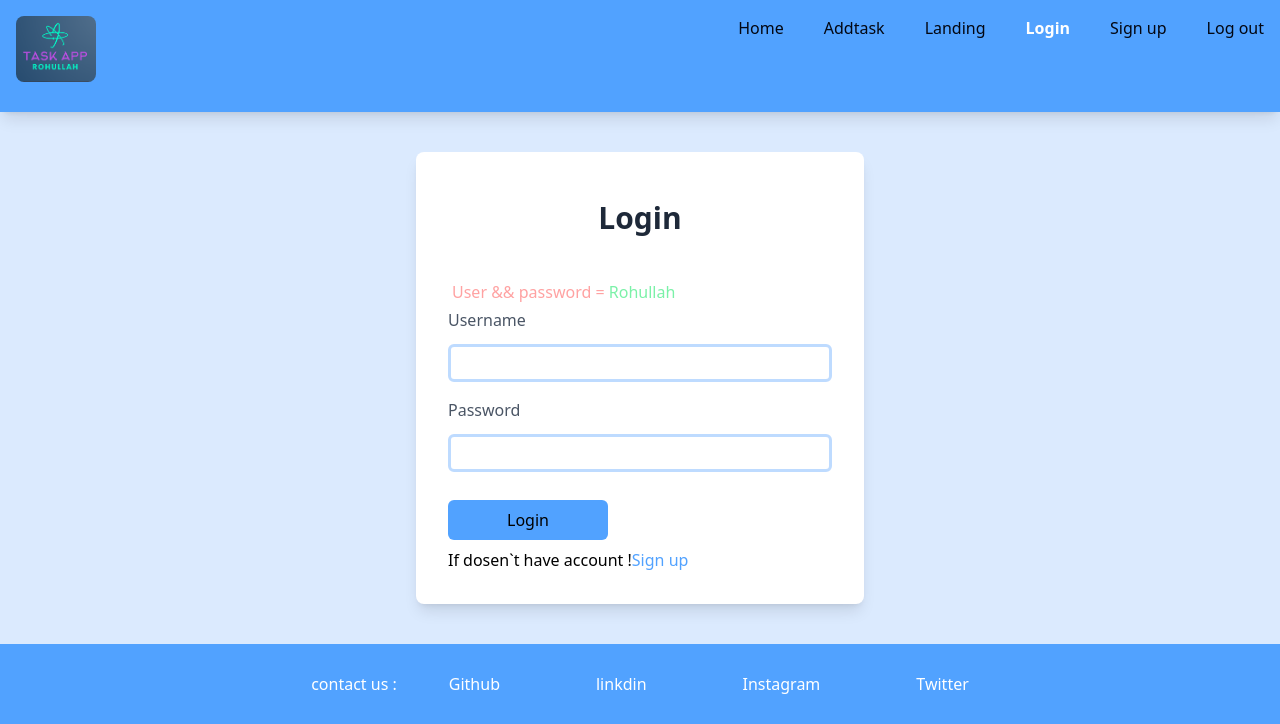
Repository: Rohullah-Noori/TaskApp
Page: /
An editor plug-in stored every save of this project. The page is shown before and after the next save, followed by the edit.
The browser window is 1280 px wide. The pictures show the whole page.
The project was rebuilt for these pictures with package versions that can differ from the ones it lists, and the page was loaded fresh each time. Also part of the build but not shown: vite.config.js, src/components/Loader.jsx, src/pages/Landing.jsx, src/pages/Home.jsx, src/pages/Signup.jsx, src/pages/Addtask.jsx, src/pages/Edittask.jsx, src/pages/Errorpage.jsx and 1 more.

Above is the page before, as saved 2025-06-23 09:20:21.

After the next save:
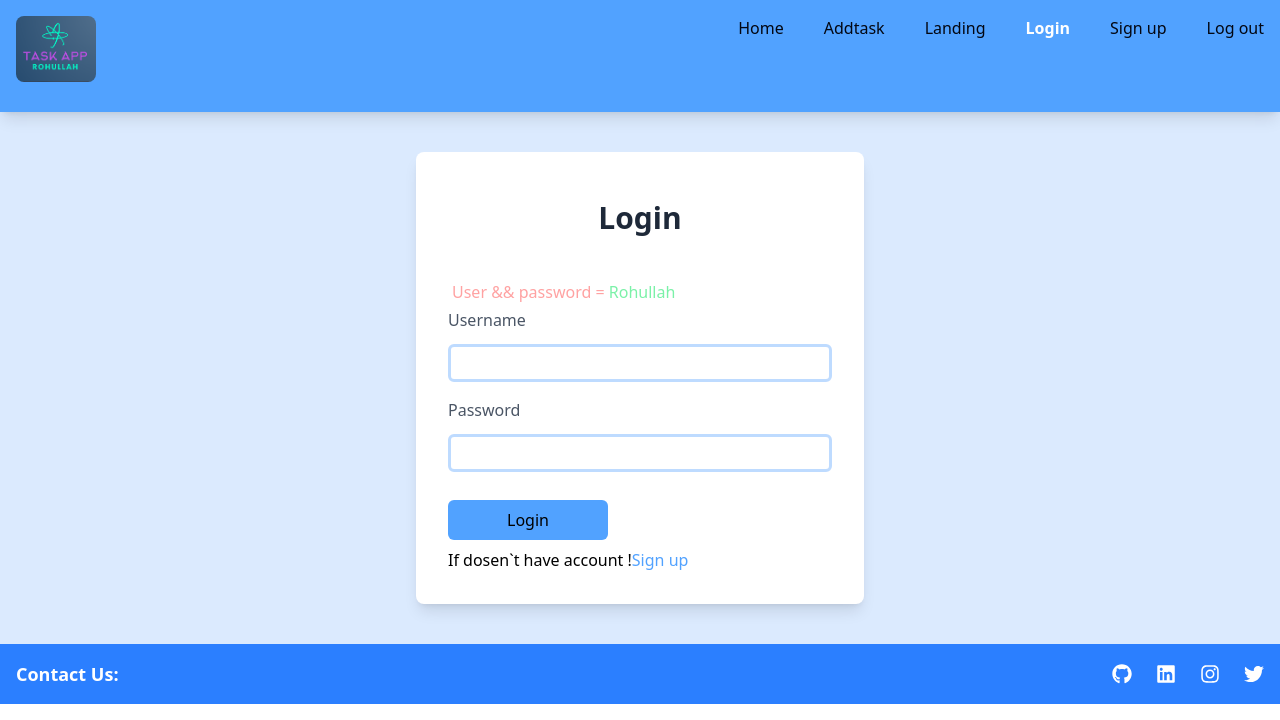
Saved 42 s later.
--- a/src/components/Footer.jsx
+++ b/src/components/Footer.jsx
@@ -1,16 +1,47 @@
+import { FaGithub, FaLinkedin, FaInstagram, FaTwitter } from "react-icons/fa";
+
 function Footer() {
   return (
-    <div className="bg-blue-400 w-screen   md:w-full min-h-20 pt-2 pb-2 flex flex-wrap    justify-center  space-x-5 lg:space-x-13 text-white items-center">
-      <div>
-        <h1>contact us :</h1>
+    <footer className="bg-blue-500 text-white py-4 w-full">
+      <div className="container mx-auto px-4 flex flex-col md:flex-row items-center justify-between space-y-4 md:space-y-0">
+        <h1 className="text-lg font-semibold">Contact Us:</h1>
+
+        <div className="flex items-center space-x-6 text-xl">
+          <a
+            href="https://github.com"
+            target="_blank"
+            rel="noopener noreferrer"
+            className="hover:text-gray-300 transition"
+          >
+            <FaGithub />
+          </a>
+          <a
+            href="https://linkedin.com"
+            target="_blank"
+            rel="noopener noreferrer"
+            className="hover:text-gray-300 transition"
+          >
+            <FaLinkedin />
+          </a>
+          <a
+            href="https://instagram.com"
+            target="_blank"
+            rel="noopener noreferrer"
+            className="hover:text-gray-300 transition"
+          >
+            <FaInstagram />
+          </a>
+          <a
+            href="https://twitter.com"
+            target="_blank"
+            rel="noopener noreferrer"
+            className="hover:text-gray-300 transition"
+          >
+            <FaTwitter />
+          </a>
+        </div>
       </div>
-      <div className="flex flex-wrap md:flex-row space-x-10 md:space-x-24 cursor-pointer justify-center">
-        <span>Github</span>
-        <span>linkdin</span>
-        <span>Instagram</span>
-        <span>Twitter</span>
-      </div>
-    </div>
+    </footer>
   );
 }
 
